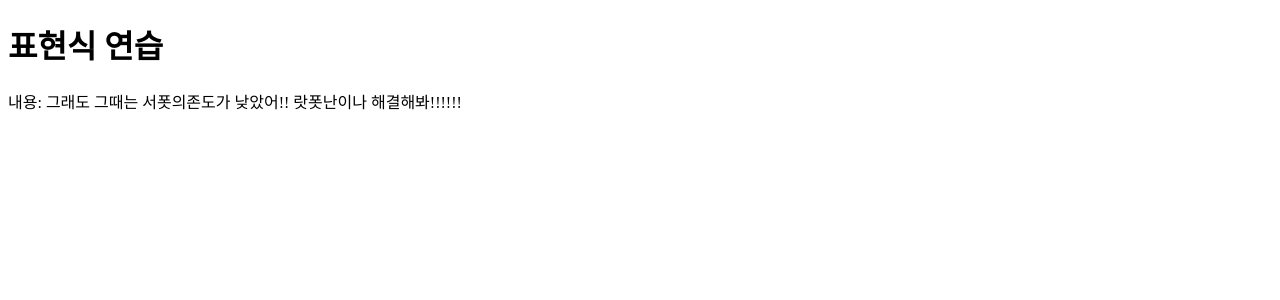
Repository: qwer1227/Jsp_study
Page: http://localhost/app/sample2.jsp
The author's editor kept a copy of each file at every save. The page is drawn from the files as they stood at one save, then again after the next save.
The browser window is 1280 px wide. The pictures show the whole page.
The page is served by Tomcat 9.

Above is the page before, as saved 2024-08-05 07:09:38.

### app/src/main/webapp/sample2.jsp
<%@ page language="java" contentType="text/html; charset=EUC-KR"
    pageEncoding="EUC-KR"%>
<!DOCTYPE html>
<html>
<head>
<meta charset="EUC-KR">
<title>Insert title here</title>
</head>
<body>
<h1>표현식 연습</h1>

<%
	String text = "그래도 그때는 서폿의존도가 낮았어!! 랏폿난이나 해결해봐!!!!!!";
%>
	<p>내용: <%=text %></p>
</body>
</html>

After the next save:
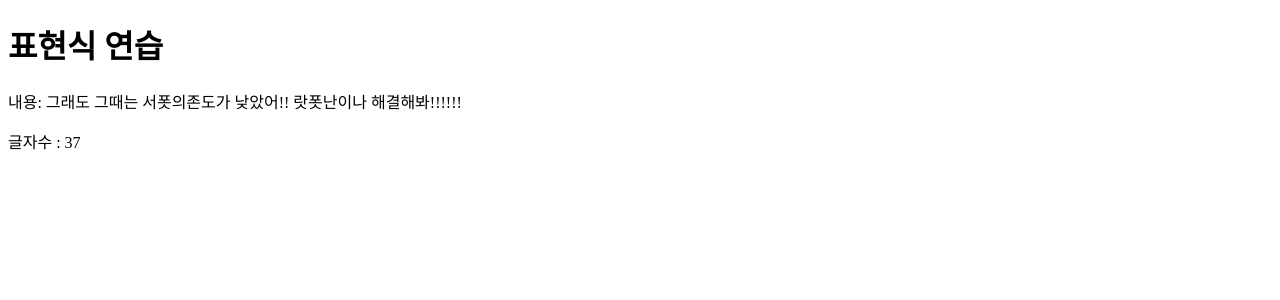
Saved 49 s later.
--- a/app/src/main/webapp/sample2.jsp
+++ b/app/src/main/webapp/sample2.jsp
@@ -13,5 +13,6 @@
 	String text = "그래도 그때는 서폿의존도가 낮았어!! 랏폿난이나 해결해봐!!!!!!";
 %>
 	<p>내용: <%=text %></p>
+	<p>글자수 : <%=text.length() %></p>
 </body>
 </html>
